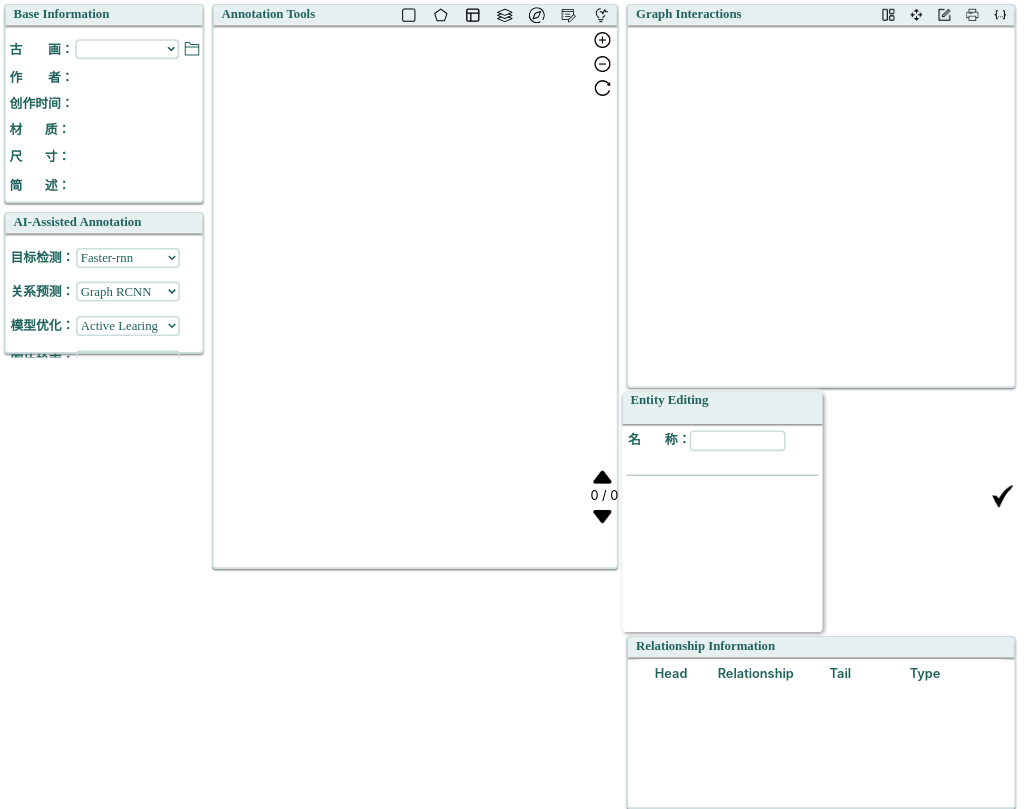
Repository: cailbh/ImageLabelTool
Page: /
These files come from the project's save history. The page is drawn as it stood at one moment and after the next save; the edit follows.
The browser window is 1280 px wide. The pictures show the whole page, at 80% of full size.
The project was rebuilt for these pictures with package versions that can differ from the ones it lists, and the page was loaded fresh each time.

Above is the page before, as saved 2022-11-02 10:29:50.

### src/index.tsx
import React from 'react';
import ReactDOM from 'react-dom/client';
import './index.css';
import UI from './View';

const root = ReactDOM.createRoot(
  document.getElementById('root') as HTMLElement
);
root.render(
  <React.StrictMode>
    <UI />
  </React.StrictMode>
);

### src/index.css
* {
  margin: 0;
  font-family: -apple-system, BlinkMacSystemFont, 'Segoe UI', 'Roboto', 'Oxygen',
    'Ubuntu', 'Cantarell', 'Fira Sans', 'Droid Sans', 'Helvetica Neue',
    sans-serif;
  -webkit-font-smoothing: antialiased;
  -moz-osx-font-smoothing: grayscale;
  padding: 0;
  user-select: none;
}

code {
  font-family: source-code-pro, Menlo, Monaco, Consolas, 'Courier New',
    monospace;
}

html, body, #root {
  width: 100%;
  height: 100%;
  /* background: rgb(237,241,241); */
  background: rgb(255,255,255);
}

#root {
  /* display: flex; */
  /* flex-direction: row; */

}

### src/View/index.tsx
/**
 * 该组件负责图像视图与网络图视图的通信：
 *
 */

import React from "react";
// import ImageView from "./ImageView";
import GraphView from "./GraphView";
import LabelView from "./LabelView";
import { Entity, EntityArray, Relationship, RelationshipArray } from '../lib/interface'
import { EntityArrayContextProvider, useEntityArray, useEntityArrayUpdate } from "../lib/context";
import { RelationshipArrayContextProvider, useRelationshipArray, useRelationshipArrayUpdate } from "../lib/context";
import { InfoContextProvider, useInfo, useInfoUpdate } from "../lib/context";
import { MemoArrayContextProvider, useMemoArray, useMemoArrayUpdate } from "../lib/context";


export default function UI() {
    return (
        <React.StrictMode>
            <InfoContextProvider>
                <RelationshipArrayContextProvider>
                    <EntityArrayContextProvider>
                        <MemoArrayContextProvider>
                            {/* <ImageView></ImageView> */}

                            <LabelView></LabelView>
                            {/* <GraphView></GraphView> */}
                        </MemoArrayContextProvider>
                    </ EntityArrayContextProvider >
                </RelationshipArrayContextProvider>
            </InfoContextProvider>
        </React.StrictMode>
    )
}

### src/View/LabelView.tsx
import React from "react";
import LabelDisplay from "../component/LabelDisplay/index";
import LabelTool from "../component/LabelTool/index";
import ViewCard from "./ViewCard";

export default function LabelView() {
    return (
        // <ViewCard
        //     top={(
        //         <LabelTool></LabelTool>
        //     )}
        //     body={(
        <LabelDisplay></LabelDisplay>
        //     )}
        // />
    )
}

### src/component/LabelDisplay/graph.css
#graph{
width: calc(100% - 6px);
height: calc(100% - 66px);
overflow: 'auto';
background: #fff;
box-sizing: border-box;
border-radius: 15px;
display: inline-block;
margin: 3px;
text-align: left;
position: relative;
}
#entityEditRootDiv{
    background: rgb(255,255,255,0.8);
    font-size: 10px;
    float: left;
    width: 250px;
    height: 300px;
    outline: none;
    border-radius: 5px;
    filter: progid:DXImageTransform.Microsoft.Shadow(color=#909090,direction=120,strength=4);
    box-shadow: 2px 2px 5px #909090 ,-2px -2px 5px #fff;
}
.graphRoot{
    background: rgba(237,241,241,0);
    position: relative;
    height: 100%;
    width: calc(40% - 10px);
    float: left;
}
.horizontal_graphRoot{
    background: rgba(237,241,241,0);
    position: relative;
    height: calc(45% - 10px);
    width: calc(100% - 260px);
    float: left;
}
.graphCantain{
    position: relative;
    height: calc(100% - 0px);
    float: left;
    width: calc(100% - 0px);
    background: rgba(237,241,241,0);
    /* padding: 10px; */
}
.graphHead{
    width: 100%;
    height: 25px;
    background: rgba(0,0,0,0);
    float: left;
    position: relative;
    z-index: 999999;
    border-top-left-radius: 5px;
    border-top-right-radius: 5px;
    background-color: rgba(230,240,241,1);
    filter: progid:DXImageTransform.Microsoft.Shadow(color=#909090,direction=120,strength=4);
    box-shadow: 0px 2px 2px #909090;
}

.graphLogo {
    float: left;
    width: 30%;
    height: 100%;
    margin-left: 10px;
    color: rgb(32,99,92);
    text-align: left;
    font-weight: 600;
    font-size: 16px;
    font-variant: tabular-nums;
    line-height: 125%;
    font-feature-settings: "tnum";
    font-family: SourceHanSerifCN-Heavy, SourceHanSerifCN;
}
.graphAssistFeatures{
    float: right;
    height: 100%;
    width: 30%;
}
.toolBut {
    height: 100%;
    text-align: center;
    /* padding: 4px; */
    width: 50px;
    float: left;
    margin: 1px 10px 0px 10px;
}

.graphToolBut {
    width: 35px;
    height: 35px;
    margin: 15px 15px 5px 25px;
    cursor: pointer;
    -webkit-border-radius: 5px;
    -moz-border-radius: 5px;
    border-radius: 5px;
    font-size: 15px;
    font-style: normal;
    color: #000;
    line-height: 36px;
    text-align: center;
    float: left;
    display: flex;
    justify-content: center;
    align-items: center;
    height: calc(100% - 20px);
    text-align: center;
    padding: 5px;
    border: 1px #696969 solid;
    width: 40px;
    float: right;
    margin: 5px 2px 5px 2px;
}
.graphToolBut:hover {
    background: #767a84;
    color: #fff;
}

.attributeDiv{
    background: rgba(237,241,241,0);
    -webkit-box-sizing: border-box;
    -moz-box-sizing: border-box;
    box-sizing: border-box;
    border-radius: 5px;
    width: calc(100% - 15px);
    margin: 5px;
    height: calc(30% - 0px);
    border-image-slice: 151;
    border-image-width: 20px 1px;
    -webkit-box-sizing: border-box;
    -moz-box-sizing: border-box;
    box-sizing: border-box;
    float: left;
    border: 2px solid rgb(204,221,224);
    filter:progid:DXImageTransform.Microsoft.Shadow(color=#909090,direction=120,strength=4);
    -moz-box-shadow: 0px 2px 10px #909090;
    -webkit-box-shadow: 0px 2px 10px #909090;
    box-shadow:0px 2px 2px #909090
}
.graphDiv{
    background: rgba(237,241,241,0);
    -webkit-box-sizing: border-box;
    -moz-box-sizing: border-box;
    box-sizing: border-box;
    border-radius: 5px;
    width: calc(100% - 15px);
    margin: 5px;
    height: calc(70% - 24px);
    border-radius: 5px;
    float: left;
    border: 2px solid rgb(204,221,224);
    filter:progid:DXImageTransform.Microsoft.Shadow(color=#909090,direction=120,strength=4);
    -moz-box-shadow: 0px 2px 10px #909090;
    -webkit-box-shadow: 0px 2px 10px #909090;
    box-shadow:0px 2px 2px #909090
}
.horizontal_attributeDiv{
    background: rgba(237,241,241,0);
    -webkit-box-sizing: border-box;
    -moz-box-sizing: border-box;
    box-sizing: border-box;
    border-radius: 5px;
    width: calc(40% - 10px);
    margin: 5px;
    height: calc(100% - 0px);
    border-image-slice: 151;
    border-image-width: 20px 1px;
    -webkit-box-sizing: border-box;
    -moz-box-sizing: border-box;
    box-sizing: border-box;
    float: left;
    border: 2px solid rgb(204,221,224);
    filter:progid:DXImageTransform.Microsoft.Shadow(color=#909090,direction=120,strength=4);
    -moz-box-shadow: 0px 2px 10px #909090;
    -webkit-box-shadow: 0px 2px 10px #909090;
    box-shadow:0px 2px 2px #909090
}
.horizontal_graphDiv{
    background: rgba(237,241,241,0);
    -webkit-box-sizing: border-box;
    -moz-box-sizing: border-box;
    box-sizing: border-box;
    border-radius: 5px;
    width: calc(60% - 10px);
    margin: 5px;
    height: calc(100% - 0px);
    border-radius: 5px;
    float: left;
    border: 2px solid rgb(204,221,224);
    filter:progid:DXImageTransform.Microsoft.Shadow(color=#909090,direction=120,strength=4);
    -moz-box-shadow: 0px 2px 10px #909090;
    -webkit-box-shadow: 0px 2px 10px #909090;
    box-shadow:0px 2px 2px #909090
}
#attributeBox{
    width: calc(50% - 4px);
    height: calc(100% - 2px);
    overflow: 'auto';
    margin: 2px 1px;
    float: left;
}
#relationshipBox{
    width: calc(100% - 4px);
    height: calc(100% - 47px);
    /* width: 100%; */
    /* height: 100%; */
    background: #fff;
    overflow: 'auto';
    float: left;
    margin: 2px 1px;
    border-radius: 15px;
}
#relationshipBoxHead{
    background-color: rgba(230,240,241,1);
    color: rgba(32,99,92,1);
    height: 25px;
    border-top-left-radius: 5px;
    border-top-right-radius: 5px;
    box-shadow: 0px 2px 2px #909090;
}
.but {
    display: flex;
    flex-direction: column;
    height: 40px;
    width:40px;
    justify-content: center;
    float: left;
}
.butContain{
    width: 10px;
    height: 100px;
    position: absolute;
    z-index: 9999;
    display: none;
}
.graphToolsDiv{
    width: 60%;
    height: 100%;
    float: right;
    /* display: flex; */
    justify-content: center;
    align-items: center;
}
.graphTool {
    /* background-color: #fff ; */
    width: 15px;
    height: 15px;
    margin: 4px 10px;
    cursor: pointer;
    float: left;
    text-align: center;
    font-size: 0;
}
.graphTool h5{
    font-style: normal;
    color: #000;
    line-height: 36px;
    text-align: center;
    font-size: 0;
}
.graphTool h5:hover{
    font-size: 0px;
}
.graphToolSet:hover {
    background: #767a84;
    color: #fff;
}
.graphToolSet.focus {
    background: #767a84;
    color: #fff;
}
#graphTools{
    float: right;
    /* height: 100%; */
    /* width: 60%; */
    /* height: 50px; */
    /* float: left; */
    position: relative;
    z-index: 999999;
    /* filter:progid:DXImageTransform.Microsoft.Shadow(color=#909090,direction=120,strength=4);
    -moz-box-shadow: 2px 2px 10px #909090;
    -webkit-box-shadow: 2px 2px 10px #909090;
    box-shadow:2px 2px 10px #909090; */
    border-top-left-radius: 10px;
    border-top-right-radius: 10px;
}
#layoutDiv{
    height: 50px;
    width: 100px;
    background: #ffffff;
    top:75px;
    position: absolute;
    display: flex;
    justify-content: center;
    align-items: center;
    /* border-top-left-radius: 10px;
    border-top-right-radius: 10px; */
    /* border: 5px #000 solid; */
    right: calc(70% - 230px);
    z-index: -999;
}
#layouts{
    float: right;
    /* height: 100%;
    width: 100%; */
    /* float: left; */
    position: relative;
    /* filter:progid:DXImageTransform.Microsoft.Shadow(color=#909090,direction=120,strength=4);
    -moz-box-shadow: 2px 2px 10px #909090;
    -webkit-box-shadow: 2px 2px 10px #909090;
    box-shadow:2px 2px 10px #909090; */
    /* border-top-left-radius: 10px;
    border-top-right-radius: 10px; */
}
#entity-table{
    width: calc(100% - 6px);
    height: calc(100% - 6px);
    border: 2px solid rgba(50, 50, 50, 0.2);
    box-sizing: border-box;
    border-radius: 5px;
    display: inline-block;
    margin: 3px;
    background: rgb(255,255,255);
}
.tableEntity{
    height: 100% !important
}

.tableRelationship{
    height: 100% !important
}
.rs-table-body-row-wrapper{
    height: 100% !important
}
#relationship-table{
    width: calc(100% - 0px);
    height: calc(100% - 0px);
    /* border: 2px solid rgba(50, 50, 50, 0.2); */
    /* box-sizing: border-box; */
    border-radius: 15px;
    display: inline-block;
    /* margin: 3px; */
    background: rgb(255,255,255);
}

.toolLayout{
    font-size:0;
    overflow:hidden;
    background: url("../../assets/imgs/tool-layout.png");
    background-size: cover;
}
.toolEdit{
    font-size:0;
    overflow:hidden;
    background: url("../../assets/imgs/tool-edit.png");
    background-size: cover;
}
.toolDrop{
    font-size:0;
    overflow:hidden;
    background: url("../../assets/imgs/tool-drop.png");
    background-size: cover;
}
.toolAdd{
    font-size:0;
    overflow:hidden;
    background: url("../../assets/imgs/tool-add.png");
    background-size: cover;
}

.toolDel{
    font-size:0;
    overflow:hidden;
    background: url("../../assets/imgs/tool-del.png");
    background-size: cover;
}

.toolUndo{
    font-size:0;
    overflow:hidden;
    background: url("../../assets/imgs/tool-undo.png");
    background-size: cover;
}

.toolRedo{
    font-size:0;
    overflow:hidden;
    background: url("../../assets/imgs/tool-redo.png");
    background-size: cover;
}

.toolPrint{
    font-size:0;
    overflow:hidden;
    background: url("../../assets/imgs/tool-download.png");
    background-size: cover;
}

.toolInputJson{
    font-size:0;
    overflow:hidden;
    background: url("../../assets/imgs/tool-inputJson.svg");
    background-size: cover;
}
.graphTool:hover {
    background: rgba(0,0,0,0);
    font-size: 0px;
    font-weight: 300;
    font-style: normal;
    color: #000;
    line-height: 36px;
    text-align: center;
    float: left;
     /* display: flex; */;
    justify-content: center;
    align-items: center;
    text-align: center;
}
.layoutSet{
    width: 20px;
    height: 20px;
    margin:5px;
    font-size:0;
    overflow:hidden;

    cursor: pointer;
    float: left;
}

.toolCrossLayout{
    background: url(../../assets/imgs/layout-cross.png);
    background-size: cover

}
.toolForceLayout{
    background: url(../../assets/imgs/layout-force.png);
    background-size: cover

}
.toolDragLayout{
    background: url(../../assets/imgs/layout-drag.png);
    background-size: cover

}
.layoutSet:hover {
    background: rgba(0,0,0,0);
    font-size: 10px;
    font-style: normal;
    color: #000;
    line-height: 6px;
    text-align: center;
    float: left;
    display: flex;
    justify-content: center;
    align-items: center;
    text-align: center;
}
.entInput{
    background: rgba(0,0,0,0);
    border: 0;
    text-align: center;
    width: 50%;
    height: 100%;
    float: left;
}
.entInput :focus{
    background: rgba(0,0,0,0);
    border: 0;
    text-align: center;
    width: 50%;
    float: left;
    height: 100%;
}

### src/lib/tasks.tsx
export default class Task {
    id: string;
    name: string;
    size: string;
    texture: string;
    time: string;
    author: string;
    discribe:string;
    constructor(options) {
        this.id = "";
        this.name = "";
        this.size = "";
        this.texture = "";
        this.time = "";
        this.author = ""
        this.discribe = ""
    }
}

### src/lib/interface.tsx
export class EntityArray {
    array: Array<Entity>;
}
export class RelationshipArray {
    array: Array<Relationship>;
}
export class MemoArray {
    relArray: Array<Relationship>;
    entArray: Array<Entity>;
}
export class Entity {
    name: string;
    id: string;
    type: string;
    x: number;
    y: number;
    //图片绘制起始位置
    ix: number;
    iy: number;
    //标注绘制起始位置
    lx: number;
    ly: number;
    // 图片宽度
    iWidth: number;
    // 图片高度
    iHeight: number;
    //图片缩放
    iScale: number;
    visAble: boolean;
    labels: any;
    content: any;
    contentType: string;
    labelLocation: any;
    rgb: string;
    visibility: boolean;
    trend: any;
    trendIndex: number;
    centerPoint: any;
    rectMask: any;
    color: string;
    describe: string;
    attribute: any;
    active: boolean;
    children: any;
    constructor(myName: string) { //定义带参数的构造函数
        this.name = myName;
    }
}


export class Relationship {
    name: string;
    id: string;
    type: string;
    targetId: string;
    sourceId: string;
    color: string;
    weight: number;
    visAble: boolean
    // constructor(myName: string) { //定义带参数的构造函数
    //     this.name = myName;
    // }
}

export class Info {
    changeState: number;
}

export default class LabelState {
    //任务名称
    taskName: string;
    //文件列表
    imgFiles: any;
    //图片总数
    imgSum: number;
    //选择图片下标
    imgIndex: number;
    cWidth: number;
    cHeight: number;
    // 缩略图宽度
    sWidth: number;
    // 缩略图高度
    sHeight: number;
    // 图片宽度
    iWidth: number;
    // 图片高度
    iHeight: number;
    // 图片拖拽至边缘最小显示
    appearSize: number;
    // 缩放布进
    scaleStep: number;
    // 最小缩放比例
    minScale: number;
    // 最大缩放比例
    maxScale: number;
    // 图片在画板中的横坐标
    x: number;
    // 图片在画板中的纵坐标
    y: number;
    // 鼠标当前画板中的横坐标
    mouseX: number;
    // 鼠标当前画板中的纵坐标
    mouseY: number;
    // 拖动过程中，鼠标前一次移动的横坐标
    prevX: number;
    // 拖动过程中，鼠标前一次移动的纵坐标
    prevY: number;
    // 缩放比例
    scale: number;
    // 鼠标在图片中的横坐标
    ix: number;
    // 鼠标在图片中的纵坐标
    iy: number;
    // 矩形框起点横坐标
    rectX: number;
    // 矩形框起点纵坐标
    rectY: number;
    // 绘制多边形的圆点半径
    radius: number;

    // 绘制线段宽度
    lineWidth: number;

    //绘制区域模块透明度
    opacity: number;

    // 定时器
    timer: any;

    // 结果是否被修改
    isModify: boolean;

    // 是否全屏
    isFullScreen: boolean;

    // 是否移动图像标注圆点
    isDragCircle: boolean;

    // 当前点击圆点index
    snapCircleIndex: number;

    // 用于在拖拽或者缩放时，让绘制至存储面板的数据，只绘制一次
    drawFlag: boolean;

    // 监听滚动条缩放是否结束的定时器
    mousewheelTimer: null;

    // 历史记录下标
    historyIndex: number;
    Arrays: any;
    Nodes: any;
    Features: any;

}

### src/axios/index.ts
import entityRecognize from './api/entityRecognize';

export * from './api/entityRecognize'; // 目标识别
// export * from './api/img'; // 图片
export default {
    entityRecognize
}

### src/component/GraphRelationship/index.css
.smallInput  {
    width: 90%;
    border-radius: 10px;
    border: 1.5px #ccc solid;
    /* margin: 5px; */
    margin-left: 15px;
    color: rgb(32,99,92);
    font-weight: 600;
    font-size: 16px;
    line-height: 1.35;
    font-variant: tabular-nums;
    line-height: 1.5715;
    font-feature-settings: "tnum";
    font-family: SourceHanSerifCN-Heavy, SourceHanSerifCN;
}
.relRow{
    width: 20% !important;
    margin: 5px;
    padding: 0px !important;
}
.relBut{
    margin: 5px;
    padding: 0px !important;
}
.relationship-table-head-co{
    width: 20%;
    height: calc(100% - 10px);
    float: left;
    margin: 5px;
    text-align: center;
}
.confirmButton{
    width: 20px;
    height: 20px;
    /* margin: 5px; */
    border-radius: 15px;
    float: left;
    border: 0px;
    background-color: rgb(32,99,92);
    color: #fff;
    text-align: center;
    font-weight: 600;
    font-size: 12px;
    font-variant: tabular-nums;
    line-height: 1.5715;
    font-feature-settings: "tnum";
    font-family: SourceHanSerifCN-Heavy, SourceHanSerifCN;
}
.deleteButton{
    width: 20px;
    height: 20px;
    /* margin: 5px; */
    border-radius: 15px;
    float: left;
    border: 0px;
    background-color: rgb(32,99,92);
    color: #fff;
    text-align: center;
    font-weight: 600;
    font-size: 12px;
    font-variant: tabular-nums;
    line-height: 1.5715;
    font-feature-settings: "tnum";
    font-family: SourceHanSerifCN-Heavy, SourceHanSerifCN;
}
#bigInput {
    color:#333;
    height: 60px;
    line-height:normal;
    font-family:"Microsoft YaHei",Tahoma,Verdana,SimSun;
    font-style:normal;
    font-variant:normal;
    font-size-adjust:none;
    font-stretch:normal;
    font-weight:normal;
    margin-top:0px;
    margin-bottom:0px;
    margin-left:0px;
    padding-top:4px;
    padding-right:4px;
    padding-bottom:4px;
    padding-left:4px;
    font-size:15px;
    outline-width:medium;
    outline-style:none;
    outline-color:invert;
    border-top-left-radius:3px;
    border-top-right-radius:3px;
    border-bottom-left-radius:3px;
    border-bottom-right-radius:3px;
    text-shadow:0px 1px 2px #fff;
    background-attachment:scroll;
    background-repeat:repeat-x;
    background-position-x:left;
    background-position-y:top;
    background-size:auto;
    background-origin:padding-box;
    background-clip:border-box;
    background-color:rgb(255,255,255);
    margin-right:8px;
    border-top-color:#ccc;
    border-right-color:#ccc;
    border-bottom-color:#ccc;
    border-left-color:#ccc;
    border-top-width:1px;
    border-right-width:1px;
    border-bottom-width:1px;
    border-left-width:1px;
    border-top-style:solid;
    border-right-style:solid;
    border-bottom-style:solid;
    border-left-style:solid;
}
.relationship-table-head{
    height: 25px;
    color: rgb(32,99,92);
    /* background: rgb(210,225,230); */
    font-weight: 600;
    text-align: center;
    font-size: 16px;
    line-height: 1.35;
    font-variant: tabular-nums;
    line-height: 1.5715;
    font-feature-settings: "tnum";
    font-family: SourceHanSerifCN-Heavy, SourceHanSerifCN;
    /* border-top-left-radius: 15px;
    border-top-right-radius: 15px; */
}
.relationship-table-body{
    height: calc(100% - 40px);
    overflow:scroll;
    scrollbar-width: none;
}

### src/axios/api/entityRecognize/index.ts
import { get, put, post, del } from '../../http';
import axios from 'axios'
import{base} from '../config'
import {message} from 'antd'
import cookie from 'react-cookies'
export const getImg = (data: any) => get({ url: '/recognize/', data }); //
export const postImg = (data: any) => post({ url: '/recognize/', data }); //
export const updateImg = (data: any) => put({ url: '/recognize/', data });

export default{
    //测试
    async testApi(params){
        return await axios.get(`${base}/hi`,params) .then((res)=>{
            return res.data;
        }).catch((error)=>{
            message.error("服务器出错")
        })
    },
    //目标检测
    async entityRecognizeApi(params){
        return await axios.post(`${base}/predict_bbx`,params).then((res)=>{
            return res.data;
        }).catch((error)=>{
            message.error("服务器出错")
        })
    },

}

### src/axios/config.ts
export const rootURL = ''

export const ServerCode = {
    SUCCESS: 0,
    CONTINUE: 400,
    WRONG_PARAM: 401,
    WRONG_REQUEST: 402,
    FORBIDDEN: 403,
    WRONG_URL: 404,
    NO_LOGIN: 406,
    TIME_OUT: 408,
    WRONG_REQUEST_MODAL: 410,
    AUTO_SAVE_ERROR_CODE: 411, // 自动暂存code
    PROCESS_ERROR: 412, // 任务进度错误
    WRONG_SERVER: 500,
    WRONG_REALIZE: 501,
    WRONG_GATEWAY: 502,
    BAD_SERVER: 503,
    GATEWAY_TIME_OUT: 504,
    WRONG_VERSION: 505
};

export const SubCode = {
    OPERATION_FAILED: 410001,
    TASK_HAS_EXPIRED_OR_SUBMITTED: 400001
};

export const ServerCodeMap = {
    [ServerCode.SUCCESS]: '成功',
    [ServerCode.CONTINUE]: '继续', // 传递指定“继续参数”即可成功
    [ServerCode.WRONG_PARAM]: '参数格式出错',
    [ServerCode.WRONG_REQUEST]: '请求出错',
    [ServerCode.FORBIDDEN]: '拒绝访问',
    [ServerCode.WRONG_URL]: '请求地址出错',
    [ServerCode.NO_LOGIN]: '未登录',
    [ServerCode.TIME_OUT]: '请求超时',
    [ServerCode.WRONG_SERVER]: '服务器内部错误',
    [ServerCode.WRONG_REALIZE]: '服务未实现',
    [ServerCode.WRONG_GATEWAY]: '网关错误',
    [ServerCode.BAD_SERVER]: '服务不可用',
    [ServerCode.GATEWAY_TIME_OUT]: '网关超时',
    [ServerCode.WRONG_VERSION]: 'HTTP版本不受支持'
};

export const RedirectMap = {
    [ServerCode.FORBIDDEN]: '/403'
};

Loaded but not shown: public/index.html (common file); src/lib/uuid.js (8 lines, source omitted); src/axios/api/config.js (3 lines, source omitted); src/component/LabelDisplay/index.tsx (4152 lines, source omitted); src/component/LabelDisplay/index.css (1817 lines, source omitted); src/component/GraphRelationship/index.tsx (223 lines, source omitted); src/component/AttributeInput/index.tsx (170 lines, source omitted); src/axios/http.ts (147 lines, source omitted); src/lib/webAnnotate.tsx (280 lines, source omitted); src/component/AttributeInput/index.css (168 lines, source omitted); src/lib/context.tsx (83 lines, source omitted)

After the next save:
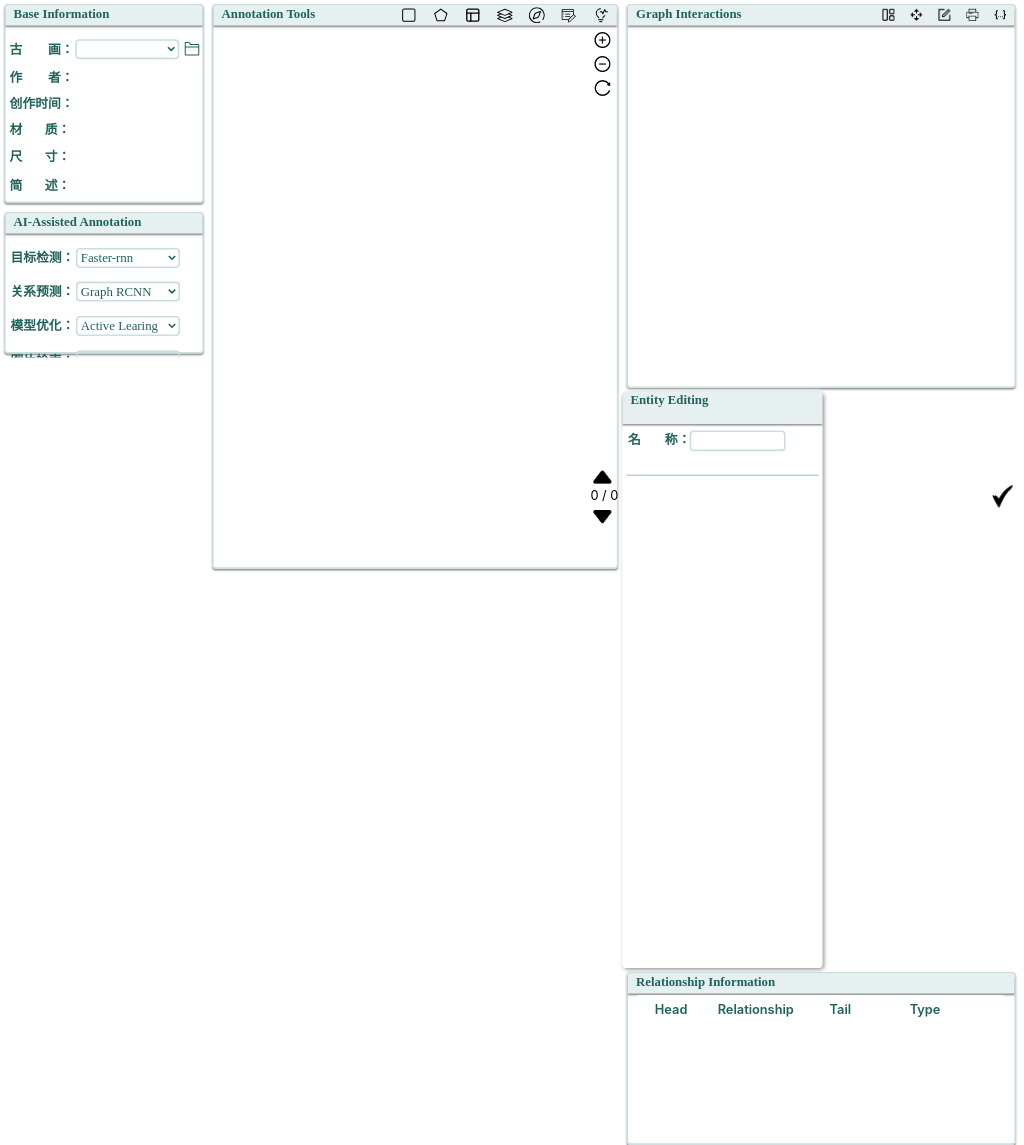
Saved 12 s later.
--- a/src/component/LabelDisplay/graph.css
+++ b/src/component/LabelDisplay/graph.css
@@ -15,7 +15,7 @@ position: relative;
     font-size: 10px;
     float: left;
     width: 250px;
-    height: 300px;
+    height: 100%;
     outline: none;
     border-radius: 5px;
     filter: progid:DXImageTransform.Microsoft.Shadow(color=#909090,direction=120,strength=4);
